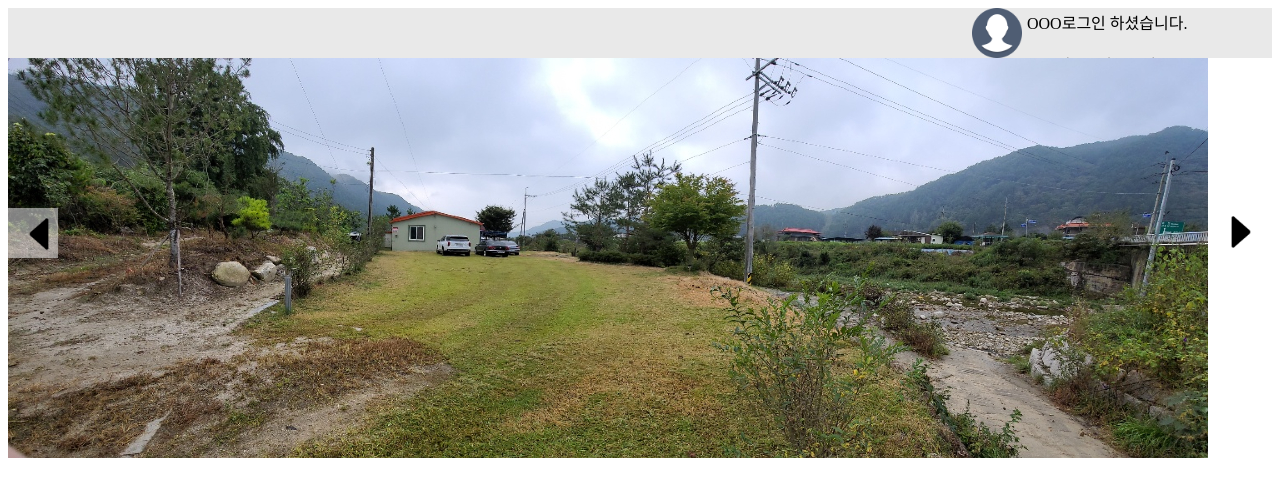
Repository: kuma2458/jsp
Page: http://localhost/step01/template/pheader.jsp
The author's editor kept a copy of each file at every save. The page is drawn from the files as they stood at one save, then again after the next save.
The browser window is 1280 px wide. The pictures show the whole page.
The page is served by Tomcat 9.

Above is the page before, as saved 2023-12-21 05:04:17.

### step01/src/main/webapp/template/pheader.jsp
<%@ page language="java" contentType="text/html; charset=UTF-8"
    pageEncoding="UTF-8"%>
 <style>
        #member_bar{
            height: 50px;
            background-color: #e9e9e9;
            text-align: right;
        }
        #member_bar img{
            width: 50px;
            float: left;
        }
        #member_bar > div > p{
            width: 200px;
            float: left;
            font-size: 16px;
            text-align: left;
            padding-left: 5px;
            margin-top: 2px;
        }
        #member_bar > div{
            width: 300px;
            display: inline-block;
        }
        .ad_img {
            position: relative;
        }
        .ad_img button{
            background: none;
            border: none;
            position: absolute;
            background-color: rgba(255, 255, 255, 0.5);
            width: 50px;
            height: 50px;
        }
        .ad_img button img{
            width: 50px;
        }
        .left_arrow{
            top : calc(50% - 50px);
        }
        .right_arrow{
            top : calc(50% - 50px);
            right: 0px;
            transform: rotate(180deg);
        }
</style>
 <header>
	<div id="member_bar">
		<div>
			<img src="resource/images/profile.png" alt="">
			<p>OOO로그인 하셨습니다.</p>
			<p>로그아웃 | 정보수정</p>
		</div>
	</div>
	<div class="ad_img">
		<button class="left_arrow">
			<img src="resource/images/left_arrow.png" alt="">
		</button>
		<button class="right_arrow">
			<img src="resource/images/left_arrow.png" alt="">
		</button>
		<img src="resource/images/main_4.jpg" alt="">
	</div>
</header>

After the next save:
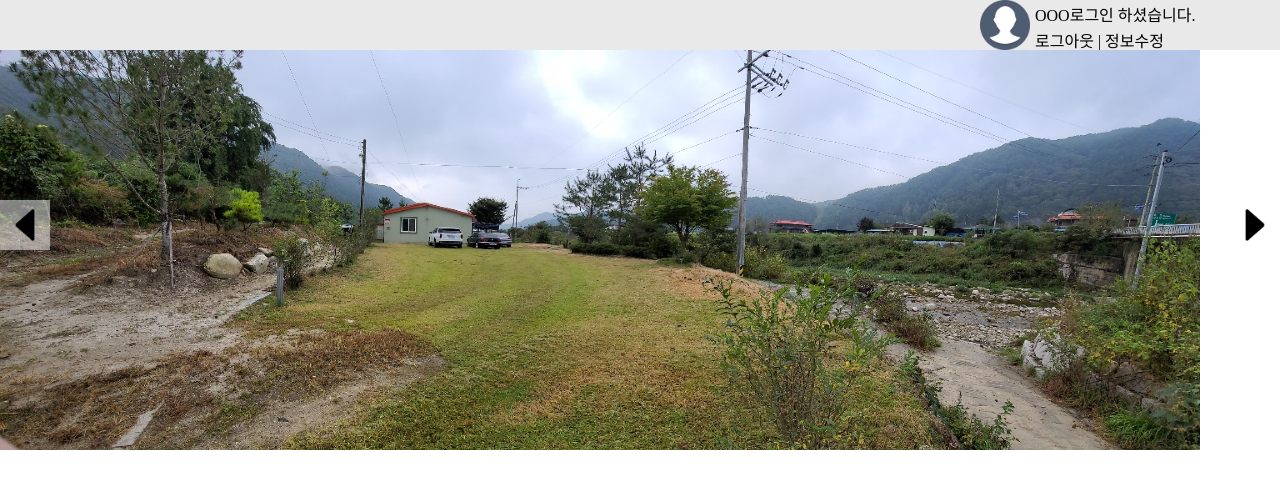
Saved 2 min 18 s later.
--- a/step01/src/main/webapp/template/pheader.jsp
+++ b/step01/src/main/webapp/template/pheader.jsp
@@ -1,6 +1,17 @@
 <%@ page language="java" contentType="text/html; charset=UTF-8"
     pageEncoding="UTF-8"%>
- <style>
+    <style>
+    	*{
+            margin: 0;
+            padding: 0;
+        }
+        .flex_container{
+            display: flex;
+            flex-direction: column;
+            width: 1200px;
+            margin: 0 auto;
+            font-size: 0px;
+        }
         #member_bar{
             height: 50px;
             background-color: #e9e9e9;
@@ -21,6 +32,23 @@
         #member_bar > div{
             width: 300px;
             display: inline-block;
+        }
+        nav{
+            padding:20px 100px;
+            background-color: #e9e9e9;
+        }
+        nav ul{
+            list-style-type: none;
+            display: flex;
+            flex-direction: row;
+            justify-content: space-around;
+        }
+
+        nav a:link,nav a:visited{
+            font-size: 20px;
+            font-weight: bold;
+            text-decoration: none;
+            color:black;
         }
         .ad_img {
             position: relative;
@@ -44,7 +72,8 @@
             right: 0px;
             transform: rotate(180deg);
         }
-</style>
+    </style>
+
  <header>
 	<div id="member_bar">
 		<div>
